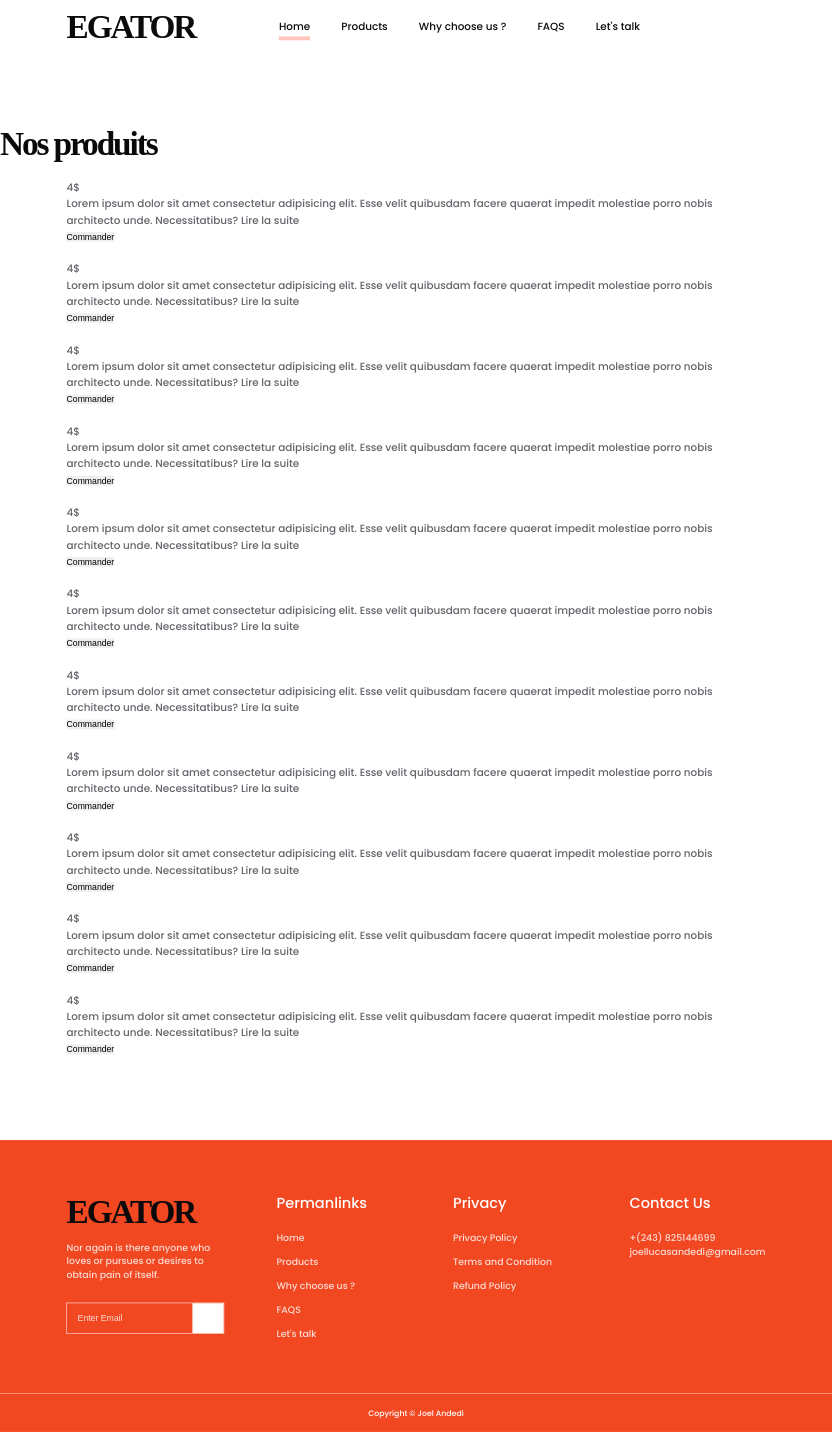
Repository: lucas-andedi/healthy
Page: produit.html
The author's editor kept a copy of each file at every save. The page is drawn from the files as they stood at one save, then again after the next save.
The browser window is 1280 px wide. The pictures show the whole page, at 65% of full size.
Some icons come from a web library that is not loaded, so they are not drawn. Some web fonts or font styles are not loaded; a fallback is used.

Above is the page before, as saved 2022-07-12 23:11:39.

### produit.html
<!DOCTYPE html>
<html lang="en">
  <head>
    <meta charset="UTF-8" />
    <meta http-equiv="X-UA-Compatible" content="IE=edge" />
    <meta name="viewport" content="width=device-width, initial-scale=1.0" />
    <title>Product website</title>
    <!-- ICONSOUT CDN -->
    <link
      rel="stylesheet"
      href="https://unicons.iconscout.com/release/v2.1.6/css/unicons.css"
    />
    <!-- FONTS -->
    <link
      href="https://fonts.googleapis.com/css2?family=Abhaya+Libre:wght@800&family=Poppins:ital,wght@0,100;0,200;0,300;0,500;0,600;0,700;0,800;0,900;1,100;1,200;1,300;1,400;1,500;1,600;1,700;1,800;1,900&display=swap"
      rel="stylesheet"
    />
    <!-- SWIPER CSS-->
    <link
      rel="stylesheet"
      href="https://unpkg.com/swiper@8/swiper-bundle.min.css"
    />
    <!-- CSS STYLE SHEET -->
    <link rel="stylesheet" href="style.css" />
    <link rel="stylesheet" href="contact.css" />
  </head>
  <body>
    <nav>
      <div class="container">
        <a href="index.html">
          <h2>EGATOR</h2>
        </a>

        <ul>
          <li><a href="index.html" class="active">Home</a></li>
          <li><a href="index.html#products">Products</a></li>
          <li><a href="index.html#why-choose-us">Why choose us ?</a></li>
          <li><a href="faqs.html">FAQS</a></li>
          <li><a href="contact.html">Let's talk </a></li>
        </ul>

        <div class="icons">
          <a href=""><i class="uil uil-search"></i></a>
          <a href=""><i class="uil uil-shopping-basket"></i></a>
          <a href=""><i class="uil uil-user"></i></a>
        </div>

        <button id="menu-btn"><i class="uil uil-bars"></i></button>
        <button id="close-btn">
          <i class="uil uil-bars"></i><i class="uil uil-multiply"></i>
        </button>
      </div>
    </nav>

    <!-- ============ END OF NAVBAR -->

    <section class="produit">
      <h2>Nos produits</h2>
      <div class="container">
        <article>
          <div class="banner">
            <div class="image">
              <img src="" alt="" />
            </div>
            <div class="price">4$</div>
          </div>
          <div class="content">
            <p>
              Lorem ipsum dolor sit amet consectetur adipisicing elit. Esse
              velit quibusdam facere quaerat impedit molestiae porro nobis
              architecto unde. Necessitatibus? <span>Lire la suite</span>
            </p>
          </div>
          <button>Commander</button>
        </article>

        <article>
            <div class="banner">
              <div class="image">
                <img src="" alt="" />
              </div>
              <div class="price">4$</div>
            </div>
            <div class="content">
              <p>
                Lorem ipsum dolor sit amet consectetur adipisicing elit. Esse
                velit quibusdam facere quaerat impedit molestiae porro nobis
                architecto unde. Necessitatibus? <span>Lire la suite</span>
              </p>
            </div>
            <button>Commander</button>
          </article>

          <article>
            <div class="banner">
              <div class="image">
                <img src="" alt="" />
              </div>
              <div class="price">4$</div>
            </div>
            <div class="content">
              <p>
                Lorem ipsum dolor sit amet consectetur adipisicing elit. Esse
                velit quibusdam facere quaerat impedit molestiae porro nobis
                architecto unde. Necessitatibus? <span>Lire la suite</span>
              </p>
            </div>
            <button>Commander</button>
          </article>

          <article>
            <div class="banner">
              <div class="image">
                <img src="" alt="" />
              </div>
              <div class="price">4$</div>
            </div>
            <div class="content">
              <p>
                Lorem ipsum dolor sit amet consectetur adipisicing elit. Esse
                velit quibusdam facere quaerat impedit molestiae porro nobis
                architecto unde. Necessitatibus? <span>Lire la suite</span>
              </p>
            </div>
            <button>Commander</button>
          </article>

          <article>
            <div class="banner">
              <div class="image">
                <img src="" alt="" />
              </div>
              <div class="price">4$</div>
            </div>
            <div class="content">
              <p>
                Lorem ipsum dolor sit amet consectetur adipisicing elit. Esse
                velit quibusdam facere quaerat impedit molestiae porro nobis
                architecto unde. Necessitatibus? <span>Lire la suite</span>
              </p>
            </div>
            <button>Commander</button>
          </article>

          <article>
            <div class="banner">
              <div class="image">
                <img src="" alt="" />
              </div>
              <div class="price">4$</div>
            </div>
            <div class="content">
              <p>
                Lorem ipsum dolor sit amet consectetur adipisicing elit. Esse
                velit quibusdam facere quaerat impedit molestiae porro nobis
                architecto unde. Necessitatibus? <span>Lire la suite</span>
              </p>
            </div>
            <button>Commander</button>
          </article>

          <article>
            <div class="banner">
              <div class="image">
                <img src="" alt="" />
              </div>
              <div class="price">4$</div>
            </div>
            <div class="content">
              <p>
                Lorem ipsum dolor sit amet consectetur adipisicing elit. Esse
                velit quibusdam facere quaerat impedit molestiae porro nobis
                architecto unde. Necessitatibus? <span>Lire la suite</span>
              </p>
            </div>
            <button>Commander</button>
          </article>

          <article>
            <div class="banner">
              <div class="image">
                <img src="" alt="" />
              </div>
              <div class="price">4$</div>
            </div>
            <div class="content">
              <p>
                Lorem ipsum dolor sit amet consectetur adipisicing elit. Esse
                velit quibusdam facere quaerat impedit molestiae porro nobis
                architecto unde. Necessitatibus? <span>Lire la suite</span>
              </p>
            </div>
            <button>Commander</button>
          </article>

          <article>
            <div class="banner">
              <div class="image">
                <img src="" alt="" />
              </div>
              <div class="price">4$</div>
            </div>
            <div class="content">
              <p>
                Lorem ipsum dolor sit amet consectetur adipisicing elit. Esse
                velit quibusdam facere quaerat impedit molestiae porro nobis
                architecto unde. Necessitatibus? <span>Lire la suite</span>
              </p>
            </div>
            <button>Commander</button>
          </article>

          <article>
            <div class="banner">
              <div class="image">
                <img src="" alt="" />
              </div>
              <div class="price">4$</div>
            </div>
            <div class="content">
              <p>
                Lorem ipsum dolor sit amet consectetur adipisicing elit. Esse
                velit quibusdam facere quaerat impedit molestiae porro nobis
                architecto unde. Necessitatibus? <span>Lire la suite</span>
              </p>
            </div>
            <button>Commander</button>
          </article>

          <article>
            <div class="banner">
              <div class="image">
                <img src="" alt="" />
              </div>
              <div class="price">4$</div>
            </div>
            <div class="content">
              <p>
                Lorem ipsum dolor sit amet consectetur adipisicing elit. Esse
                velit quibusdam facere quaerat impedit molestiae porro nobis
                architecto unde. Necessitatibus? <span>Lire la suite</span>
              </p>
            </div>
            <button>Commander</button>
          </article>
      </div>
    </section>

    <footer>
      <div class="container">
        <div class="f1">
          <div class="logo">
            <a href="index.html">
              <h2>EGATOR</h2>
            </a>
          </div>
          <p>
            Nor again is there anyone who loves or pursues or desires to obtain
            pain of itself.
          </p>
          <div class="subscribe">
            <input type="email" name="" id="" placeholder="Enter Email" />
            <button><i class="uil uil-arrow-right"></i></button>
          </div>
        </div>
        <div class="f2">
          <h4>Permanlinks</h4>
          <ul>
            <li><a href="index.html">Home</a></li>
            <li><a href="#products">Products</a></li>
            <li><a href="#why-choose-us">Why choose us ?</a></li>
            <li><a href="faqs.html">FAQS</a></li>
            <li><a href="contact.html">Let's talk </a></li>
          </ul>
        </div>
        <div class="f3">
          <h4>Privacy</h4>
          <ul>
            <li><a href="#">Privacy Policy</a></li>
            <li><a href="#">Terms and Condition</a></li>
            <li><a href="#">Refund Policy</a></li>
          </ul>
        </div>
        <div class="f4">
          <h4>Contact Us</h4>
          <p>+(243) 825144699 joellucasandedi@gmail.com</p>
          <ul class="socials">
            <li>
              <a href="#" target="_blank"
                ><i class="uil uil-instagram-alt"></i
              ></a>
            </li>
            <li>
              <a href="#" target="_blank"><i class="uil uil-facebook"></i></a>
            </li>
            <li>
              <a href="#" target="_blank"><i class="uil uil-twitter"></i></a>
            </li>
          </ul>
        </div>
      </div>

      <div class="copyright">
        <small>Copyright &copy; Joel Andedi </small>
      </div>
    </footer>
    <script src="./main.js"></script>
  </body>
</html>

### contact.css
section#contact .container {
    display: grid;
    grid-template-columns: 20rem auto;
    gap: 5rem;
}
section#contact aside {
    background-color: var(--color-primary);
    padding: 2rem;
    font-size: .9rem;
    color: var(--color-light);
}
section#contact aside h4 {
    color: var(--color-black);
    font-size: 1.8rem;
    margin-bottom: .5rem;
    font-weight: 600;
}
section#contact aside article {
    display: flex;
    gap: 1rem;
    margin-top: 2rem;
}
section#contact aside article i {
    color: var(--color-white);
    font-size: 1.2rem;
}
section#contact aside article h5{
    font-weight: 600;
    color: var(--color-white);
}

section#contact form {
    display: flex;
    flex-direction: column;
    gap: 1rem;
}

section#contact form input,
section#contact form textarea {
    padding: 1.4rem;
    background-color: var(--color-primary);
}

section#contact form textarea {
    height: 10rem;
}
section#contact form input::placeholder ,
section#contact form textarea::placeholder {
    color: var(--color-light);
}

section#contact form input:focus ,
section#contact form textarea:focus {
    color: var(--color-white);
    background-color: var(--color-black);
}

section#contact form button {
    width: 8rem;
}

/* MEDIAS QUERIES */

@media screen  and (max-width:600px){
    section#contact .container {
        grid-template-columns: 1fr;
        gap: 2rem;
    }
}

Loaded but not shown: main.js (68 lines, source omitted); style.css (854 lines, source omitted)

After the next save:
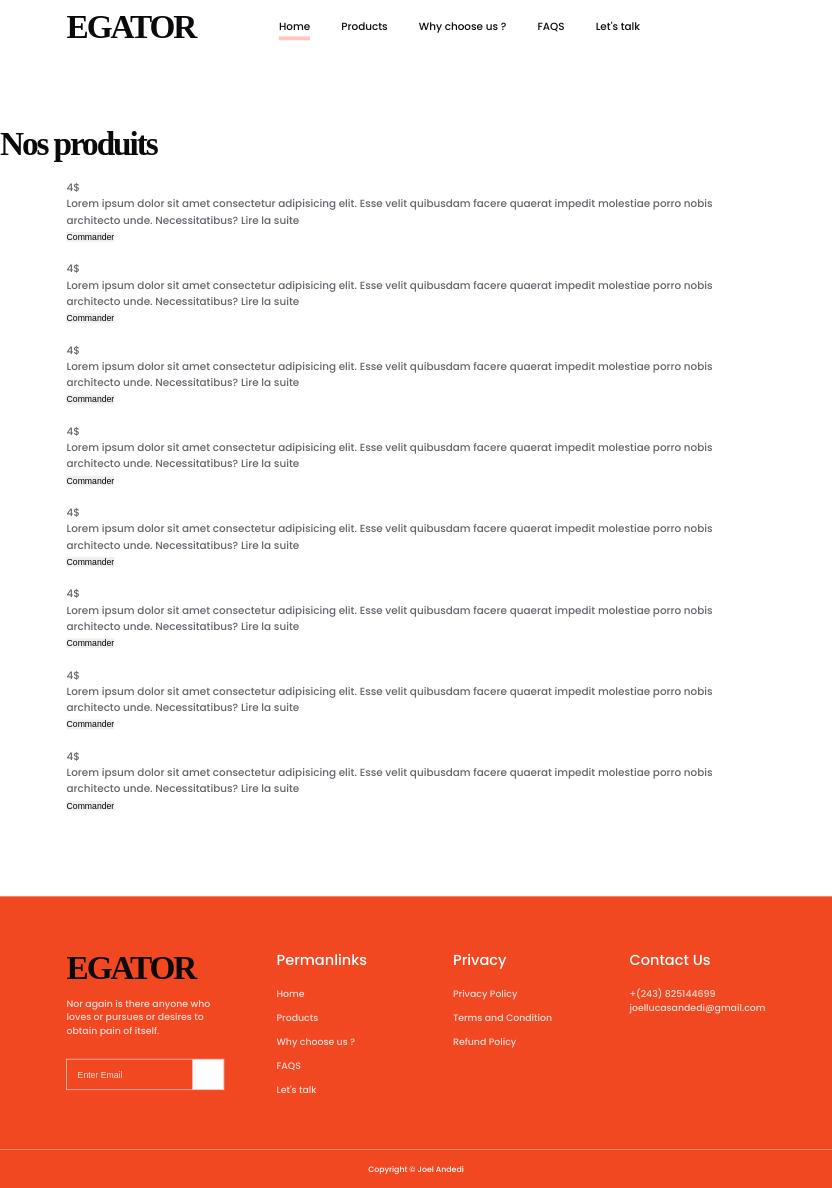
Saved 27 s later.
--- a/produit.html
+++ b/produit.html
@@ -193,56 +193,7 @@
             <button>Commander</button>
           </article>
 
-          <article>
-            <div class="banner">
-              <div class="image">
-                <img src="" alt="" />
-              </div>
-              <div class="price">4$</div>
-            </div>
-            <div class="content">
-              <p>
-                Lorem ipsum dolor sit amet consectetur adipisicing elit. Esse
-                velit quibusdam facere quaerat impedit molestiae porro nobis
-                architecto unde. Necessitatibus? <span>Lire la suite</span>
-              </p>
-            </div>
-            <button>Commander</button>
-          </article>
-
-          <article>
-            <div class="banner">
-              <div class="image">
-                <img src="" alt="" />
-              </div>
-              <div class="price">4$</div>
-            </div>
-            <div class="content">
-              <p>
-                Lorem ipsum dolor sit amet consectetur adipisicing elit. Esse
-                velit quibusdam facere quaerat impedit molestiae porro nobis
-                architecto unde. Necessitatibus? <span>Lire la suite</span>
-              </p>
-            </div>
-            <button>Commander</button>
-          </article>
-
-          <article>
-            <div class="banner">
-              <div class="image">
-                <img src="" alt="" />
-              </div>
-              <div class="price">4$</div>
-            </div>
-            <div class="content">
-              <p>
-                Lorem ipsum dolor sit amet consectetur adipisicing elit. Esse
-                velit quibusdam facere quaerat impedit molestiae porro nobis
-                architecto unde. Necessitatibus? <span>Lire la suite</span>
-              </p>
-            </div>
-            <button>Commander</button>
-          </article>
+
       </div>
     </section>
 
